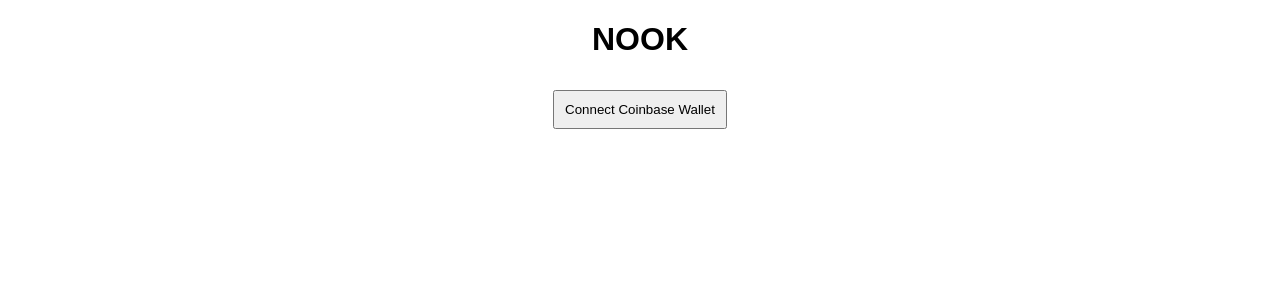
Repository: JoeIsaacson/_nook
Page: core.html
The author's editor kept a copy of each file at every save. The page is drawn from the files as they stood at one save, then again after the next save.
The browser window is 1280 px wide. The pictures show the whole page.

Above is the page before, as saved 2024-09-07 18:12:22.

After the next save:
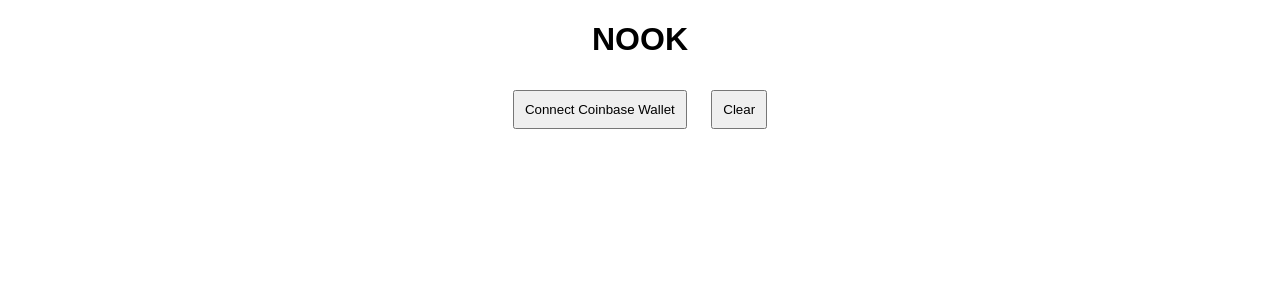
Saved 1 s later.
--- a/core.html
+++ b/core.html
@@ -14,6 +14,7 @@
 <body>
     <h1>NOOK</h1>
     <button onclick="connectCoinbaseWallet()">Connect Coinbase Wallet</button>
+    <button onclick="clearMemory()">Clear</button>
     <div id="wallet-info"></div>
 
     <script>
@@ -66,6 +67,28 @@
             }
         }
 
+        function clearMemory() {
+            // Reset variables
+            web3 = undefined;
+            provider = undefined;
+
+            // Clear the wallet info display
+            document.getElementById('wallet-info').innerHTML = '';
+
+            // If a provider is connected, disconnect it
+            if (provider && provider.disconnect) {
+                provider.disconnect();
+            }
+
+            // Remove event listeners
+            if (provider) {
+                provider.removeAllListeners();
+            }
+
+            console.log('Memory cleared');
+        }
+
+        // Event listeners
         if (provider) {
             provider.on("accountsChanged", async (accounts) => {
                 await updateWalletInfo(accounts[0]);
